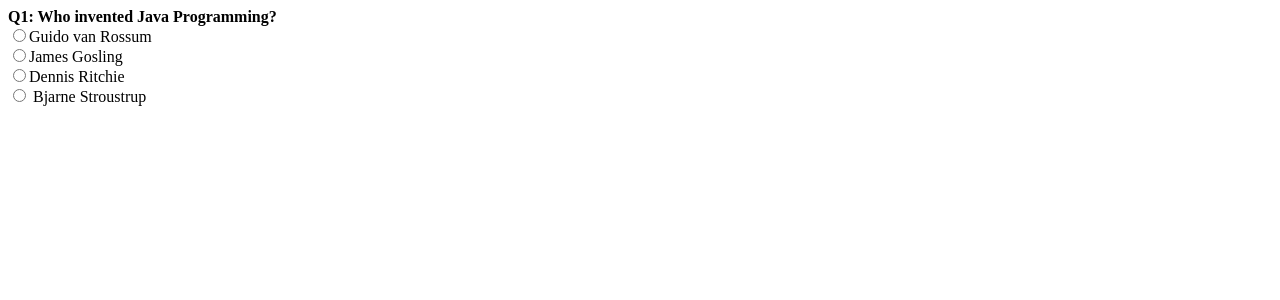
Repository: ravikumar0303/Advance-Java
Page: Assignment/OnlineExam/question.html
An editor plug-in stored every save of this project. The page is shown before and after the next save, followed by the edit.
The browser window is 1280 px wide. The pictures show the whole page.

Above is the page before, as saved 2023-06-23 05:11:34.

After the next save:
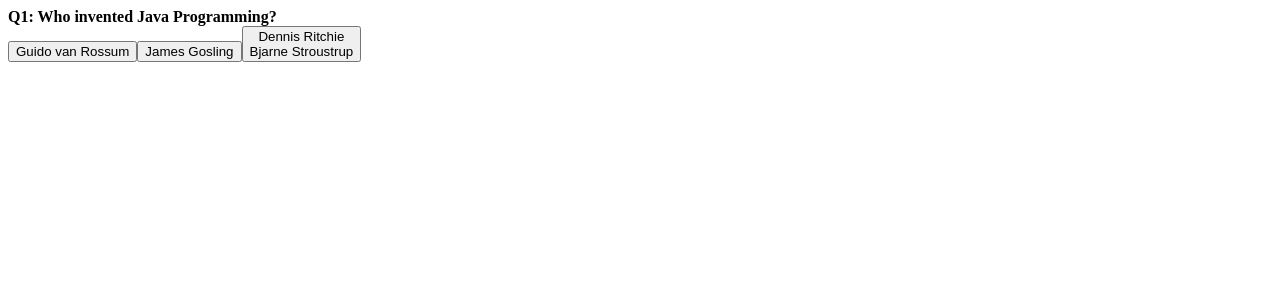
Saved 29 s later.
--- a/Assignment/OnlineExam/question.html
+++ b/Assignment/OnlineExam/question.html
@@ -6,13 +6,13 @@
 </head>
    <b>Q1: Who invented Java Programming?</b><br>
 
-   <input type="radio" value="op1",name="o">Guido van Rossum</input>
+   <button type="radio" value="op1",name="o">Guido van Rossum</input>
    <br>
-   <input type="radio" value="op",name="o">James Gosling</input>
+   <button type="radio" value="op",name="o">James Gosling</input>
    <br>
-   <input type="radio" value="op",name="o">Dennis Ritchie</input>
+   <button type="radio" value="op",name="o">Dennis Ritchie</input>
    <br>
-   <input type="radio" value="op1",name="o"> Bjarne Stroustrup</input>
+   <buttontype="radio" value="op1",name="o"> Bjarne Stroustrup</input>
 <body>
 
 </body>
